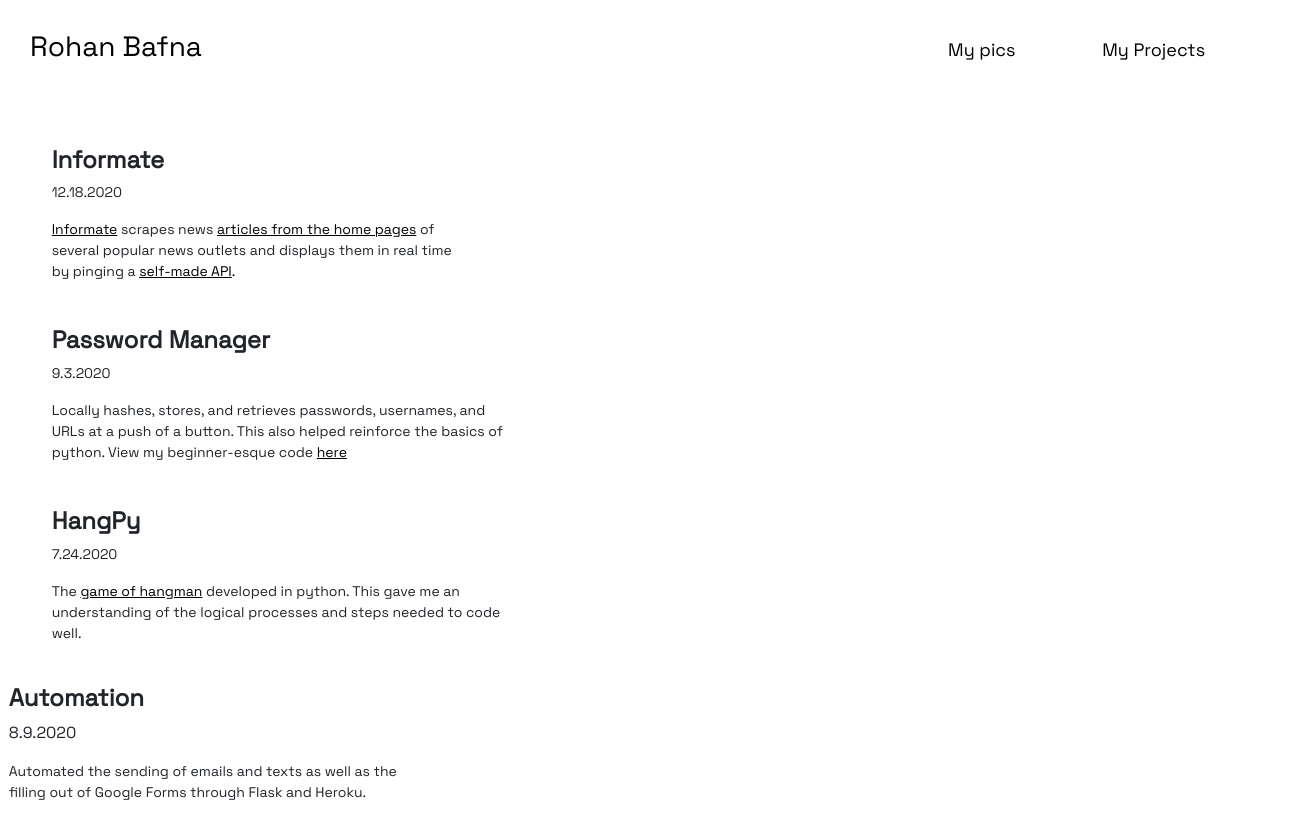
Repository: rbafna6507/rbafna6507.github.io
Page: actualprojects.html
An editor plug-in stored every save of this project. The page is shown before and after the next save, followed by the edit.
The browser window is 1280 px wide. The page is 1292 px wide, so the pictures cover 1292 px, including what lies to the right of the window. The pictures show the whole page.

Above is the page before, as saved 2020-12-20 21:43:53.

After the next save:
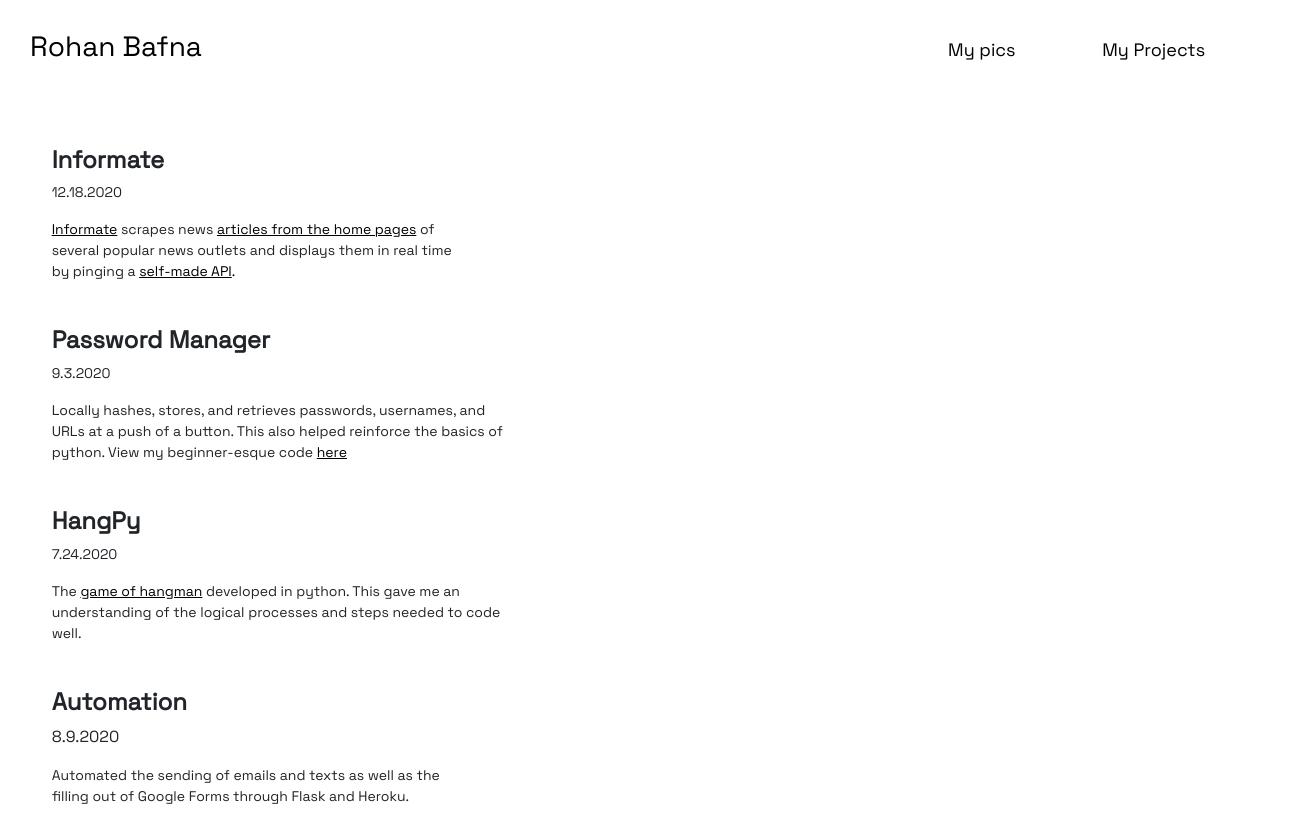
Saved 25 s later.
--- a/projects.css
+++ b/projects.css
@@ -97,6 +97,13 @@ ul{
     width: 500px;
   }
 
+  #automation{
+    padding-left: 3px;
+    padding-top:4px;
+    margin-left: 40px;
+    width: 500px;
+  }
+
   .imgs{
     margin-top: 55px;
     margin-left: -100px;
